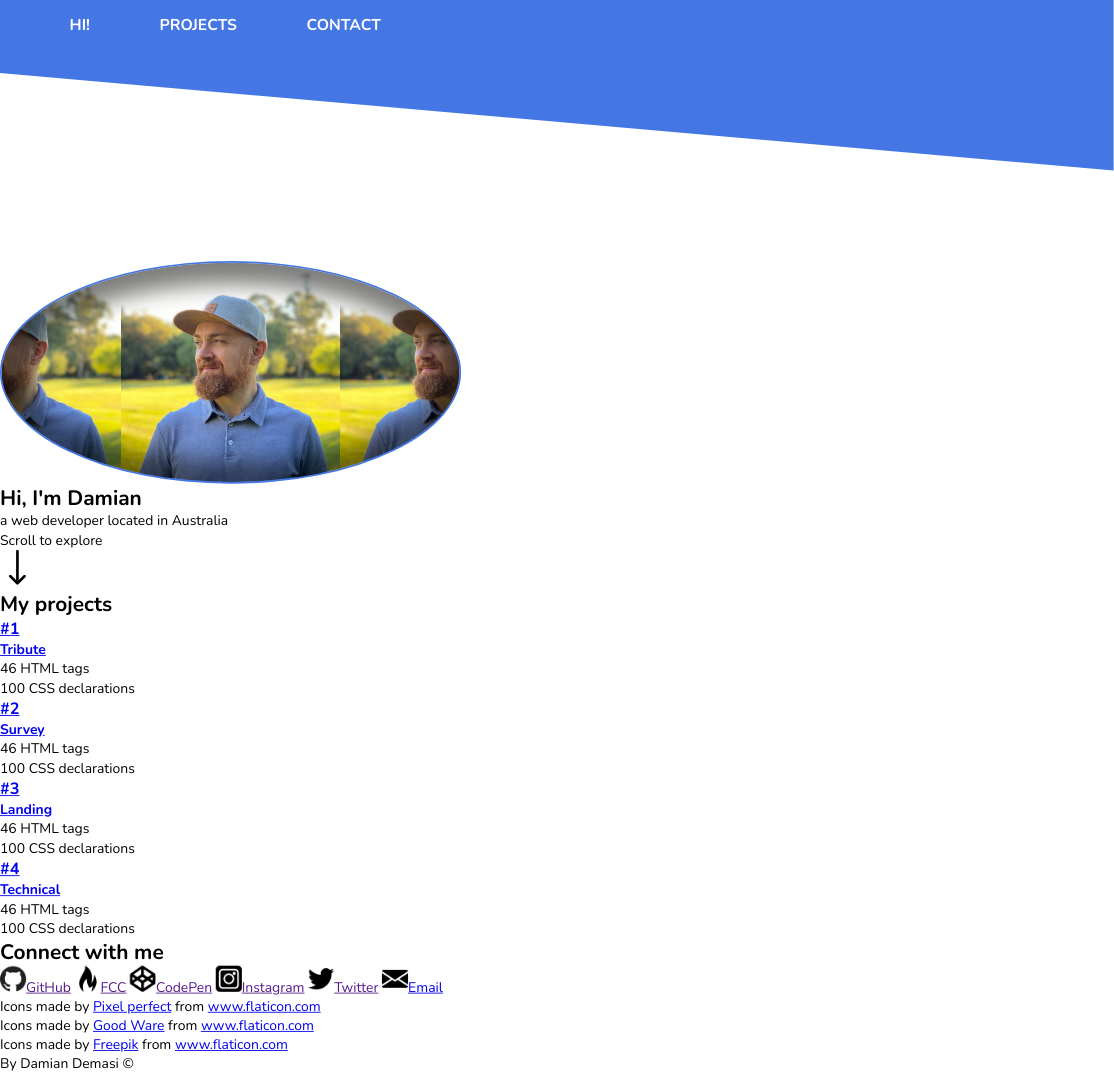
Repository: Colo-Codes/freecodecamp-05-Personal-Portfolio-Webpage
Page: index.html
These files come from the project's save history. The page is drawn as it stood at one moment and after the next save; the edit follows.
The browser window is 1280 px wide. The pictures show the whole page, at 87% of full size.

Above is the page before, as saved 2021-06-03 11:50:42.

After the next save:
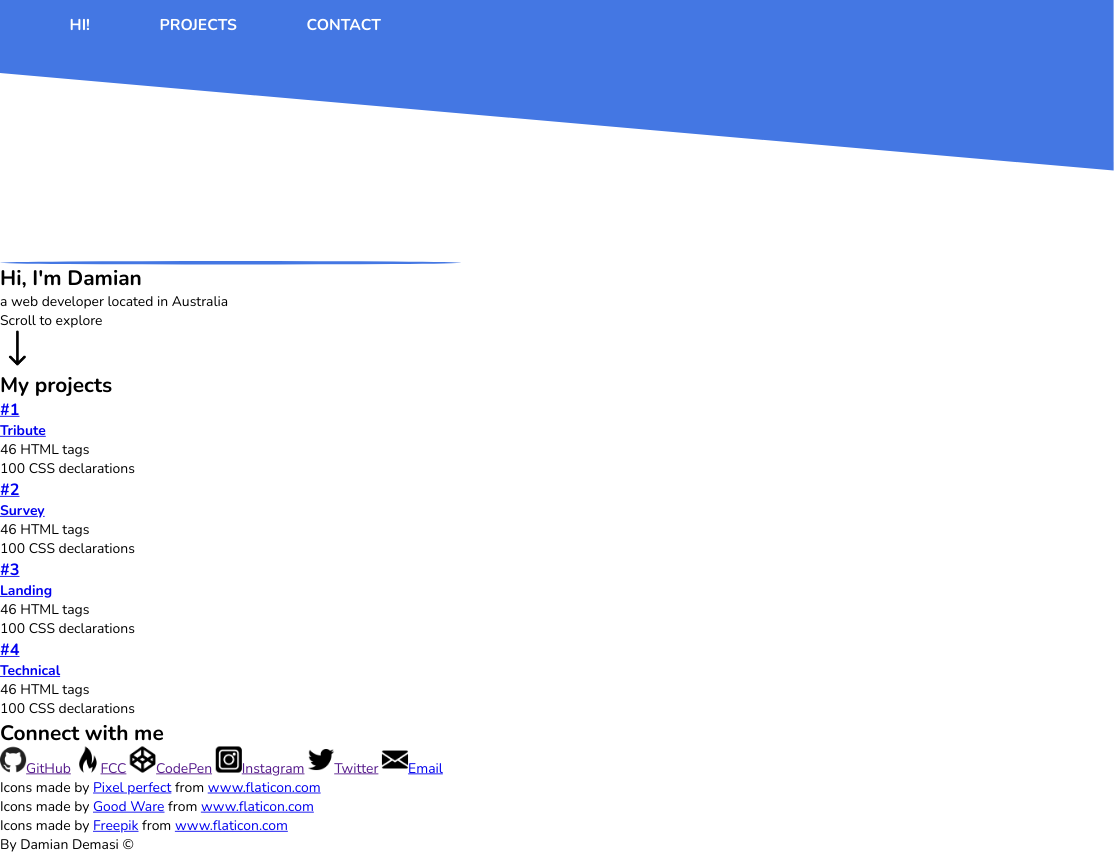
Saved 10 s later.
--- a/css/index.css
+++ b/css/index.css
@@ -57,8 +57,8 @@ body {
 
 #hero-img {
     border-radius: 50%;
-    min-height: 16rem;
-    min-width: 16rem;
+    /* min-height: 16rem;
+    min-width: 16rem; */
     max-height: 33.125rem;
     max-width: 33.125rem;
     /* width: 33rem;
